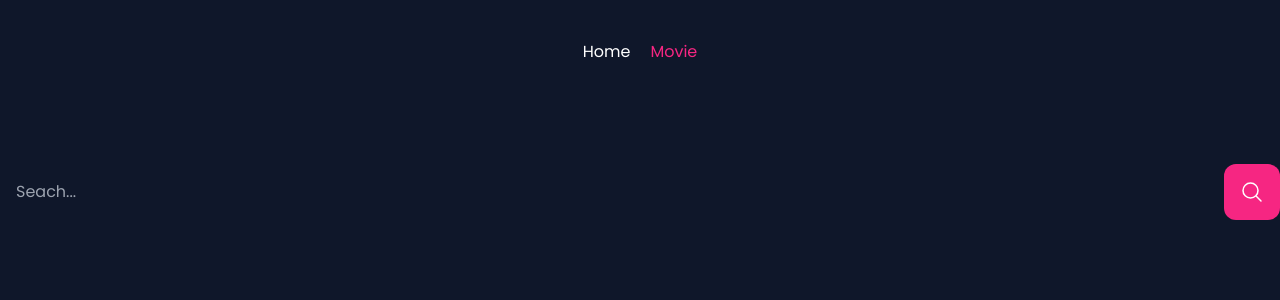
Repository: HoangLong0210/MovieWithTheMovieDb
Page: /movie
The author's editor kept a copy of each file at every save. The page is drawn from the files as they stood at one save, then again after the next save.
The browser window is 1280 px wide. The pictures show the whole page.
The page's requests for data from a server got no answer. The project was rebuilt for these pictures with package versions that can differ from the ones it lists, and the page was loaded fresh each time. No one was signed in, and anything a server would have sent is missing. Also part of the build but not shown: src/components/banner/BannerItem.js, src/components/banner/Banner.js, src/components/movie/MovieCard.js, src/components/movie/MovieList.js, src/pages/HomePage.js.

Above is the page before, as saved 2023-04-27 18:28:03.

### public/index.html
<!DOCTYPE html>
<html lang="en">
  <head>
    <meta charset="utf-8" />
    <link rel="icon" href="%PUBLIC_URL%/favicon.ico" />
    <meta name="viewport" content="width=device-width, initial-scale=1" />
    <meta name="theme-color" content="#000000" />
    <meta
      name="description"
      content="Web site created using create-react-app"
    />
    <link rel="apple-touch-icon" href="%PUBLIC_URL%/logo192.png" />
    <!--
      manifest.json provides metadata used when your web app is installed on a
      user's mobile device or desktop. See https://developers.google.com/web/fundamentals/web-app-manifest/
    -->
    <link rel="manifest" href="%PUBLIC_URL%/manifest.json" />
    <link rel="preconnect" href="https://fonts.googleapis.com" />
    <link rel="preconnect" href="https://fonts.gstatic.com" crossorigin />
    <link
      href="https://fonts.googleapis.com/css2?family=Poppins:wght@400;500;700;800;900&display=swap"
      rel="stylesheet"
    />

    <!--
      Notice the use of %PUBLIC_URL% in the tags above.
      It will be replaced with the URL of the `public` folder during the build.
      Only files inside the `public` folder can be referenced from the HTML.

      Unlike "/favicon.ico" or "favicon.ico", "%PUBLIC_URL%/favicon.ico" will
      work correctly both with client-side routing and a non-root public URL.
      Learn how to configure a non-root public URL by running `npm run build`.
    -->
    <title>React App</title>
  </head>
  <body>
    <noscript>You need to enable JavaScript to run this app.</noscript>
    <div id="root"></div>
    <!--
      This HTML file is a template.
      If you open it directly in the browser, you will see an empty page.

      You can add webfonts, meta tags, or analytics to this file.
      The build step will place the bundled scripts into the <body> tag.

      To begin the development, run `npm start` or `yarn start`.
      To create a production bundle, use `npm run build` or `yarn build`.
    -->
  </body>
</html>

### src/index.scss
@tailwind base;
@tailwind components;
@tailwind utilities;

@layer base {
  body {
    @apply bg-slate-900 font-body;
  }
}

@layer components {
  .page-container {
    max-width: 1280px;
    @apply mx-auto;
  }
  .page-container-fluid {
    max-width: 1440px;
    @apply mx-auto;
  }
  .movie-list .swiper-slide {
    width: 300px;
    height: auto;
  }
  .banner .swiper {
    height: 100%;
  }
}

### src/App.js
import { Fragment } from "react";
import Banner from "./components/banner/Banner";
import "swiper/scss";
import HomePage from "./pages/HomePage";
import { Route, Routes } from "react-router-dom";
import Main from "./components/layout/Main";
import MoviePage from "./pages/MoviePage";

function App() {
  return (
    <Fragment>
      <Routes>
        <Route element={<Main></Main>}>
          <Route
            path="/"
            element={
              <>
                <Banner></Banner>
                <HomePage></HomePage>
              </>
            }
          ></Route>
          <Route path="/movie" element={<MoviePage></MoviePage>}></Route>
        </Route>
      </Routes>
    </Fragment>
  );
}

export default App;

### src/components/layout/Main.js
import React, { Fragment } from "react";
import Header from "./Header";
import { Outlet } from "react-router-dom";

const Main = () => {
  return (
    <Fragment>
      <Header></Header>
      <Outlet></Outlet>
    </Fragment>
  );
};

export default Main;

### src/pages/MoviePage.js
import React from "react";
import { fetcher } from "../config";
import useSWR from "swr";
import MovieCard from "../components/movie/MovieCard";

const MoviePage = () => {
  const { data } = useSWR(
    `https://api.themoviedb.org/3/movie/popular?api_key=a58d8f2dcc2e162008480323ba82d932`,
    fetcher
  );
  const movie = data?.results || [];
  return (
    <div className="py-10 page-container">
      <div className="flex mb-10">
        <div className="flex-1">
          <input
            type="text"
            className="w-full p-4 bg-transparent hover:border-primary"
            placeholder="Seach..."
          />
        </div>
        <button className="p-4 text-white bg-primary  rounded-xl">
          <svg
            xmlns="http://www.w3.org/2000/svg"
            fill="none"
            viewBox="0 0 24 24"
            strokeWidth="1.5"
            stroke="currentColor"
            className="w-6 h-6"
          >
            <path
              strokeLinecap="round"
              strokeLinejoin="round"
              d="M21 21l-5.197-5.197m0 0A7.5 7.5 0 105.196 5.196a7.5 7.5 0 0010.607 10.607z"
            />
          </svg>
        </button>
      </div>
      <div className="grid grid-cols-4 gap-10">
        {movie.length > 0 &&
          movie.map((item) => (
            <MovieCard key={item.id} data={item}></MovieCard>
          ))}
      </div>
    </div>
  );
};

export default MoviePage;

### src/config.js
export const fetcher = (...args) => fetch(...args).then((res) => res.json());
export const apiKey = "a58d8f2dcc2e162008480323ba82d932";

### src/components/layout/Header.js
import React from "react";
import { NavLink } from "react-router-dom";

const Header = () => {
  return (
    <header className="header flex items-center justify-center gap-x-5 py-10 text-white mb-5">
      <NavLink
        to="/"
        className={({ isActive }) => (isActive ? "text-primary" : "")}
      >
        Home
      </NavLink>
      <NavLink
        to="/movie"
        className={({ isActive }) => (isActive ? "text-primary" : "")}
      >
        Movie
      </NavLink>
    </header>
  );
};

export default Header;

### tailwind.config.js
/** @type {import('tailwindcss').Config} */
module.exports = {
  content: ["./src/**/*.{js,jsx,ts,tsx}"],
  theme: {
    extend: {
      fontFamily: {
        body: ["Poppins", "sans-serif"],
      },
      colors: {
        primary: "#F62682",
      },
    },
  },
  plugins: [],
};

Loaded but not shown: src/index.js (common file); src/reportWebVitals.js (common file)

After the next save:
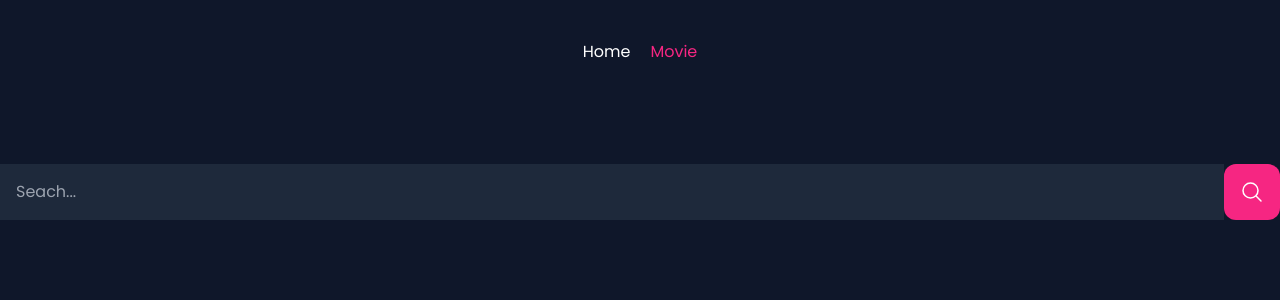
Saved 5 h 31 min later.
--- a/src/pages/MoviePage.js
+++ b/src/pages/MoviePage.js
@@ -15,7 +15,7 @@
         <div className="flex-1">
           <input
             type="text"
-            className="w-full p-4 bg-transparent hover:border-primary"
+            className="w-full p-4 bg-slate-800 outline-none "
             placeholder="Seach..."
           />
         </div>
